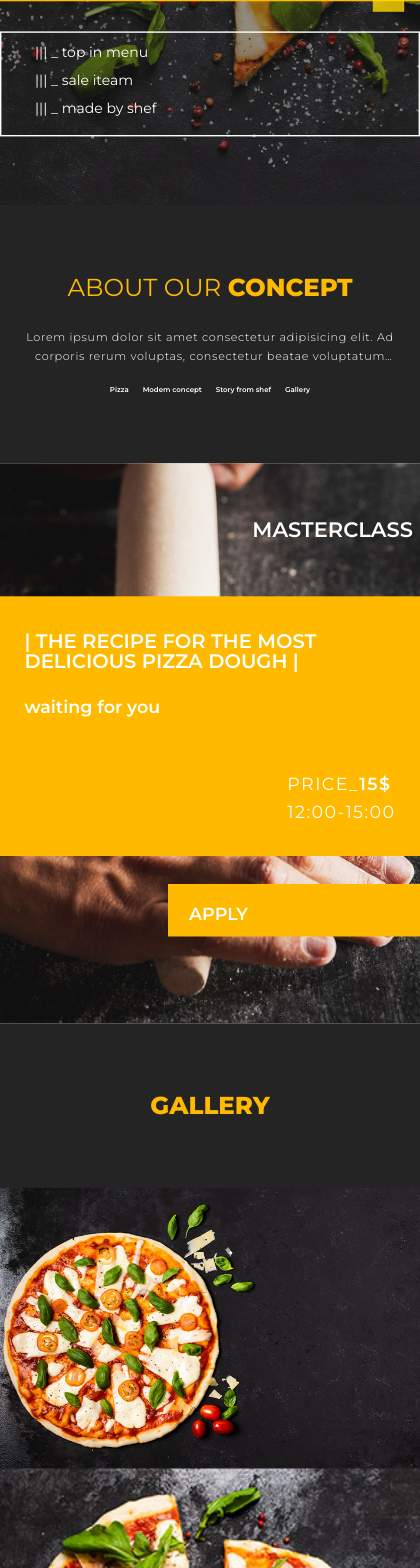
Repository: phu1204/pizzeria.github.io
Page: index.html
These files come from the project's save history. The page is drawn as it stood at one moment and after a run of saves; the edit follows.
The browser window is 600 px wide. The pictures show the part of the page from y = 2107 to 4347 px (the page is 6828 px tall), at 70% of full size.
The style sheet was rebuilt from its Sass, Less or Tailwind sources for each picture, by a compiler version that may differ from the author's.

Above is the page before, as saved 2021-07-30 10:12:26.

### index.html
<!DOCTYPE html>
<html lang="en">
  <head>
    <meta charset="UTF-8" />
    <meta http-equiv="X-UA-Compatible" content="IE=edge" />
    <meta name="viewport" content="width=device-width, initial-scale=1.0" />
    <title>#pizzeria</title>
    <link rel = "icon" href =
    "images/pizza.png"
            type = "image/x-icon">
    <link rel="preconnect" href="https://fonts.googleapis.com">
    <link rel="preconnect" href="https://fonts.gstatic.com" crossorigin>
    <link href="https://fonts.googleapis.com/css2?family=Montserrat:wght@300;400;600;800&display=swap" rel="stylesheet">
    <link rel="stylesheet" href="https://cdnjs.cloudflare.com/ajax/libs/font-awesome/5.15.3/css/all.min.css">
    <link rel="stylesheet" href="reset.css">
    <link rel="stylesheet" href="style.css">

  </head>
  <body>
      <div class="wrapper">
        <div class="container">
          <header id="header" class="header">
             <a href="#" class="header-logo">#pizzeria.</a>
             <nav class="header-menu">
               <ul class="header-list">
                 <li class="header-item"><a href="#menu" class="header-link">Menu</a></li>
                 <li class="header-item"><a href="#blog" class="header-link">Blog</a></li>
                 <li class="header-item"><a href="#about" class="header-link">About us</a></li>
                 <li class="header-item"><a href="#contact" class="header-link">Contacts</a></li>

               </ul>
               <i class="fas fa-times header-times"></i>
             </nav>
             <div class="header-info">
                <button href="" class="header-icon icon-search"><i class="fas fa-search"></i></button>
                <a href="" class="header-icon"><i class="fas fa-user"></i></a>
                <a href="" class="header-icon"><i class="fas fa-shopping-cart"></i></a>
             </div>
             <div class="header-bar">
                <i class="fas fa-bars"></i>
             </div>

             <div class="header-search">
                <input type="text" class="header-input" placeholder="Search">
             </div>
          </header>

          <section class="intro">
            <div class="intro-content">
              <div class="intro-title">
                <span class="intro-name intro--grand">grand</span>
                <span class="intro-name intro--opening">opening</span>
              </div>
              <a href="" class="button intro-button">read more</a>
            </div>
          </section>
        </div>

          <section  class="format">

            <div class="format-top">
                <div class="format-content">
                    <div class="format-title">new format</div>
                    <div class="format-info">
                      <h2 class="format-new">What new?</h2>
                      <ul class="format-list">
                        <li class="format-item">| Sed do eiusmod tempor incididunt ut Labore et</li>
                        <li class="format-item">| Dolore magna aliqua</li>
                        <li class="format-item">| Quis ipsum suspendisse ultrices gravida</li>
                      </ul>
                    </div>
                </div>
                <img src="images/format.png" alt="" class="format-img">
            </div>

            <div class="format-bottom  reveal">
              <div class="format-column">
                <h3 class="format-head">| new format</h3>
                <p class="fotmat-desc text">Lorem ipsum, dolor sit amet consectetur adipisicing elit. Inventore aliquid saepe atque quaerat ipsam tempore, quae perferendis laudantium esse architecto quas sint quia beatae id alias, sed dicta reprehenderit asperiores.</p>
              </div>
              <div class="format-column">
                <h3 class="format-head">|| master classes</h3>
                <p class="fotmat-desc text">Lorem ipsum, dolor sit amet consectetur adipisicing elit. Inventore aliquid saepe atque quaerat ipsam tempore, quae perferendis laudantium esse architecto quas sint quia beatae id alias, sed dicta reprehenderit asperiores.</p>
              </div>
              <div class="format-column">
                <h3 class="format-head">||| pizza restaurant</h3>
                <p class="fotmat-desc text">Lorem ipsum, dolor sit amet consectetur adipisicing elit. Inventore aliquid saepe atque quaerat ipsam tempore, quae perferendis laudantium esse architecto quas sint quia beatae id alias, sed dicta reprehenderit asperiores.</p>
              </div>
            </div>

          </section>

          <section id="menu" class="menu">
            <div class="menu-heading">
              <h2 class="menu-title  reveal">#pizzeria</h2>
              <p class="menu-order  reveal">our new menu</p>
            </div>
            <div class="menu-list  reveal">
              <div class="menu-item">
                <div class="menu-name">
                    <h3 class="menu-name-order"> | pizza bò & gà</h3>
                    <p class="menu-desc">(bò, trứng, xúc xích, trứng cút, bò viên)</p>
                </div>
                <p class="menu-price">10$</p>
              </div>
              <div class="menu-item">
                <div class="menu-name">
                    <h3 class="menu-name-order">| pizza heo sữa</h3>
                    <p class="menu-desc">(bò, trứng, xúc xích)</p>
                </div>
                <p class="menu-price">10$</p>
              </div>
              <div class="menu-item">
                <div class="menu-name">
                    <h3 class="menu-name-order">| pizza gà sốt cay</h3>
                    <p class="menu-desc">(bò, trứng, xúc xích, trứng cút, bò viên)</p>
                </div>
                <p class="menu-price">10$</p>
              </div>
              <div class="menu-item">
               <div class="menu-name">
                    <h3 class="menu-name-order">| pizza bò né</h3>
                    <p class="menu-desc">(bò, trứng, xúc xích)</p>
                </div>
                <p class="menu-price">10$</p>
              </div>
           </div>
           <div class="menu-bottom reveal">
             <p class="menu-hightlight">||| _ top in menu</p>
             <p class="menu-hightlight">||| _ sale iteam</p>
             <p class="menu-hightlight">||| _ made by shef</p>
           </div>

          </section>

          <section id="about"  class="about">
              <div class="about-body">
                <h2 class="about-title reveal">about our <span>concept</span></h2>
                <p class="about-desc text reveal">Lorem ipsum dolor sit amet consectetur adipisicing elit. Ad corporis rerum voluptas, consectetur beatae voluptatum recusandae tempora excepturi, temporibus quo veritatis ratione atque accusantium ea delectus eos harum culpa enim!</p>
                <ul class="about-list reveal">
                  <li class="about-item"><a href="">Pizza</a></li>
                  <li class="about-item"><a href="">Modem concept</a></li>
                  <li class="about-item"><a href="">Story from shef</a></li>
                  <li class="about-item"><a href="">Gallery</a></li>
                </ul>
              </div>
          </section>

          <section id="blog" class="class">
            <div class="class-content">
              <div class="class-name">
                <h1 class="class-caption reveal">masterclass</h1>
              </div>
              <div class="class-body reveal">
                <h2 class="class-heading">| the recipe for the most delicious pizza dough |</h2>
                <p class="class-desc">waiting for you</p>
                <div class="class-price">
                  <p class="class-info">price_<span>15$</span></p>
                  <p class="class-info">12:00-15:00</p>
                </div>
              </div>
                <a href="" class="class-button reveal">apply</a>
            </div>
          </section>

          <section id="contact" class="gallery ">
            <h2 class="gallery-heading reveal">gallery</h2>
            <div class="gallery-img ">
              <img src="./images/pizzaleft.jpg" alt="" class="gallery-img-item reveal">
              <img src="./images/pizzacenter.jpg" alt="" class="gallery-img-item reveal">
              <img src="./images/pizzaright.jpg" alt="" class="gallery-img-item reveal">
            </div>

            <div class="gallery-bottom">
              <h2 class="gallery-title">#pizzeria.</h2>
              <div class="gallery-content">
                <div class="gallery-desc reveal">Lorem ipsum dolor sit amet consectetur, adipisicing. Dolores dolorum, quia consectetur iste officia eligendi! consectetur nemo, reiciendis repudiandae nesciunt dolor id numquam laborum temporibus fuga</div>

              <div class="gallery-contact">
                <div class="gallery-social reveal">
                  <p class="gallery-block">| find us here</p>
                  <div class="gallery-link">
                    <i class="fab fa-instagram"></i>

                    <i class="fab fa-facebook"></i>

                    <i class="fab fa-twitter"></i>

                    <i class="fab fa-whatsapp"></i>

                    <i class="fab fa-google"></i>
                  </div>

                </div>

                <div class="gallery-info reveal">
                  <p class="gallery-block">| ask us here</p>
                  <a href="" class="gallery-web">www.#pizzeria.com</a>

                </div>
              </div>
            </div>
          </div>
          </section>

          <a href="#" class="ontop" >
            <i class="fas fa-arrow-up"></i>
          </a>

          <footer id="footer" class="footer">
            <div class="footer-about footer-repon">
              <h3 class="footer-title">about</h3>
              <p class="footer-desc text">
                Lorem ipsum dolor, sit amet consectetur adipisicing elit. Amet magnam laudantium fuga sed aliquid doloremque quos repellendus quis. Est non laboriosam incidunt recusandae, sed natus dignissimos eaque pariatur culpa esse.
              </p>

            </div>

              <div class="footer-item footer-repon">
                <h3 class="footer-title">menu</h3>

                <ul>
                  <li class="footer-link"><a href="" class="footer-item-link">Team</a></li>
                  <li class="footer-link"><a href="" class="footer-item-link">Join us</a></li>
                  <li class="footer-link"><a href="" class="footer-item-link">Ethic</a></li>
                  <li class="footer-link"><a href="" class="footer-item-link">Goals</a></li>
                </ul>
              </div>

              <div class="footer-item footer-repon">
                <h3 class="footer-title">shef</h3>
                <ul>
                  <li class="footer-link"><a href="" class="footer-item-link">Team</a></li>
                  <li class="footer-link"><a href="" class="footer-item-link">Join us</a></li>
                  <li class="footer-link"><a href="" class="footer-item-link">Ethic</a></li>
                  <li class="footer-link"><a href="" class="footer-item-link">Goals</a></li>
                </ul>
              </div>

              <div class="footer-item footer-repon">
                <h3 class="footer-title">contact</h3>
                <ul>
                  <li class="footer-link"><a href="" class="footer-item-link">Team</a></li>
                  <li class="footer-link"><a href="" class="footer-item-link">Join us</a></li>
                  <li class="footer-link"><a href="" class="footer-item-link">Ethic</a></li>
                  <li class="footer-link"><a href="" class="footer-item-link">Goals</a></li>
                </ul>
              </div>
        </footer>

      </div>
    <script type="text/javascript" src="https://cdnjs.cloudflare.com/ajax/libs/jquery/3.6.0/jquery.min.js"></script>
    <script src="js/main.js"></script>
    <script src="js/search.js"></script>

  </body>
</html>

### reset.css
html,
body,
div,
span,
applet,
object,
iframe,
h1,
h2,
h3,
h4,
h5,
h6,
p,
blockquote,
pre,
a,
abbr,
acronym,
address,
big,
cite,
code,
del,
dfn,
em,
img,
ins,
kbd,
q,
s,
samp,
small,
strike,
strong,
sub,
sup,
tt,
var,
b,
u,
i,
center,
dl,
dt,
dd,
ol,
ul,
li,
fieldset,
form,
label,
legend,
table,
caption,
tbody,
tfoot,
thead,
tr,
th,
td,
article,
aside,
canvas,
details,
embed,
figure,
figcaption,
footer,
header,
hgroup,
menu,
nav,
output,
ruby,
section,
summary,
time,
mark,
audio,
video {
  margin: 0;
  padding: 0;
  border: 0;
  font-size: 100%;
  font: inherit;
  vertical-align: baseline;
}
/* HTML5 display-role reset for older browsers */
article,
aside,
details,
figcaption,
figure,
footer,
header,
hgroup,
menu,
nav,
section {
  display: block;
}
body {
  line-height: 1;
}
ol,
ul {
  list-style: none;
}
blockquote,
q {
  quotes: none;
}
blockquote:before,
blockquote:after,
q:before,
q:after {
  content: "";
  content: none;
}
table {
  border-collapse: collapse;
  border-spacing: 0;
}
*,
*:before,
*:after {
  box-sizing: border-box;
}
/* using rem unit */
html {
  font-size: 62.5%;
}
a {
  text-decoration: none;
  color: white;
}
img {
  display: block;
  max-width: 100%;
}
body {
  font-family: "Montserrat", sans-serif;
  font-size: 16px;
  line-height: 1;
}
input,
button,
textarea,
select {
  outline: none;
  font-family: "Montserrat", sans-serif;
  font-size: 16px;
  line-height: 1;
}
input {
  line-height: normal;
}
button {
  cursor: pointer;
  border: none;
  outline: none;
  background-color: transparent;
}

### style.scss
@import"scss/global";
@import"scss/header";
@import"scss/variables";
@import"scss/intro";
@import"scss/format";
@import"scss/menu";
@import"scss/about";
@import"scss/class";
@import"scss/gallery";
@import"scss/footer";
@import"scss/animation";

### scss/_global.scss
.container{
  background: url(./images/hero-img.jpg) no-repeat center/cover;
  width: 100%;
  margin: 0 auto;
  height: 100vh;
  position: relative;
}

html{
  scroll-behavior: smooth;
  -webkit-overflow-scrolling: touch;
}

.wrapper{
  max-width: 100%;
  position: relative;

}

.button{
  padding: 20px 40px;
  border: 4px solid #fff;
  font-size: 30px;
  text-transform: uppercase;
  color: white;
  font-weight: 600;
}

.text{
  font-weight: 300;
  font-size: 16px;
  margin-top: 35px;
  line-height: 1.5;
  color: black;
  font-weight: 400;
  display:-webkit-box;
  -webkit-line-clamp:3;
  -webkit-box-orient: vertical;
  overflow: hidden;
  text-overflow: ellipsis;
  word-break: break-word;
}

@media screen and (max-width: 1279px) {
  .container {

      background-position: top;
      height: 960px;
  }
}

@media screen and (max-width: 1023px) {
  .container {
    background-position: top;
    height: 960px;
}
}

@media screen and (max-width: 767px) {
  .container {
    background-size: auto 800px;
    background-position: center;
    height: 800px;
    background-color: #242424;
}
}


.reveal{
  opacity: 0;
  transform: translateY(100%);
  transition: all 0.4s linear;
}

.reveal.active{
  opacity: 1;
  transform: translateY(0);
  transition: all 0.3s linear;
  // .gallery-title::before{
  //     display: none;
  // }
}

.ontop{
  position: fixed;
  right: 60px;
  z-index: 99;
  bottom: 80px;
  width: fit-content;
  background-color: #ffba00;
  border-radius: 100rem;
  cursor: pointer;
  i{
     padding: 18px;
     font-size: 15px;
     color: white;
  }
  display: none;
  animation: bottotop 0.4s linear;
}

@media screen and (max-width: 1023px) {
  .ontop{
    right: 30px;
  }
}

### scss/_variables.scss
$black-gray: #242424;

### scss/_intro.scss
.intro{
    background-color: #ffba00;
    height: 200px;
    position: absolute;
    top: 50%;
    left: 50%;
    transform: translate(-50%,-50%);
    width: 100%;
    display: flex;
    align-items: center;
    padding: 0 10px;
    &-content{
        width: 1200px;
        margin: 0 auto;
        display: flex;
        justify-content: space-between;
        align-items: center;
        padding-top: 75px;
    }
    &--grand{
        animation: lefttoright 0.5s linear;
    }
    &--opening{
        animation: righttoleft 0.5s linear;
    }
    &-name{
        display: block;
        text-transform: uppercase;
        font-size: 130px;
        color: white;
        letter-spacing: 10px;
    }
    &-name:first-child{
        font-weight: 800;
    }
    &-name:last-child{
        font-weight: 200;
    }

    &-button{
        margin-top: 130px;
        background-color: #ffba00;
        animation: bottotop 0.5s linear;
    }

    @media screen and (max-width: 1279px) {
        height: 150px;
        &-content{
            flex-direction: column;
            transform: translateY(130px)
        }
        &-name {
            font-size: 90px;
            width: fit-content;
        }

        &-title {
            width: 100%;
        }

        &-name:last-child{
            margin-left: auto;
        }

        &-button{
            margin-top: 200px;

        }
    }

    @media screen and (max-width: 1023px) {
        height: 120px;
       &-name{
           font-size: 60px;
       }

       &-button{
           margin-top: 170px;
           padding: 15px 30px;
           font-size: 23px;
       }

       &-content{
            transform: translateY(105px)
       }
    }

    @media screen and (max-width: 767px) {
        height: 100px;
       &-name{
           font-size: 50px;
           letter-spacing: 3px;
       }

       &-content{
        transform: translateY(100px)
       }

       &-button{
           padding: 15px 30px;
           font-size: 23px;
           margin-top: 170px;
       }
    }


}

### scss/_about.scss
.about{
    padding: 120px 20px;
    display: flex;
    flex-direction: column;
    justify-content: center;
    align-items: center;
    text-align: center;
    background-color: #242424;
    max-width: 100%;
    &-body{
        width: 700px;
    }
    &-title{
        margin-bottom: 40px;
        font-size: 35px;
        text-transform: uppercase;
        color: #ffba00;
        span{
            font-weight: 800;

        }
    }

    &-desc{
        margin-bottom: 30px;
        font-weight: 200;
        line-height: 1.7;
        display:-webkit-box;
        -webkit-line-clamp:2;
        -webkit-box-orient: vertical;
        overflow: hidden;
        text-overflow: ellipsis;
        word-break: break-word;
        color: white;
        letter-spacing: 1px;
    }

    &-list{
        display: flex;
        align-items: center;
        justify-content: center;
    }

    &-item{
        margin: 0 10px;
        font-size: 14px;
        font-weight: 600;
    }
    @media screen and (max-width: 767px) {
        padding: 100px 20px;
        &-body{
            max-width: 100%;
        }
        &-item{
            font-size: 10px;
        }

    }

}

### scss/_class.scss
.class{
    background: url(./images/class.jpg) no-repeat center/cover;
    width: 100%;
    margin: 0 auto;
    height: 100vh;
    position: relative;
    padding: 80px 130px 140px 0;
    color: white;
    &-content{
        display:flex;
        flex-direction:column;
        width: 530px;
        margin-left: auto;
    }
    &-name{
        margin-bottom: 80px;
    }
    &-caption{
        text-transform: uppercase;
        font-weight: 600;
        font-size: 30px;
        text-align: right;
    }
    &-body{
        padding: 100px 60px 65px;
        background-color: #ffba00;
    }
    &-heading{
        font-size: 40px;
        font-weight: 600;
        line-height: 1;
        text-transform: uppercase;
        margin-bottom: 40px;
    }

    &-desc{
        font-size: 30px;
        font-weight: 600;
        margin-bottom: 85px;
    }

    &-price{
        width: fit-content;
        text-transform: uppercase;
        font-size: 30px;
        margin-left: auto;
        letter-spacing: 2px;
        span{
            font-weight: 600;
        }
    }
    &-info:first-child{
        margin-bottom: 15px;
    }

    &-body{
        margin-bottom: 40px;
    }

    &-button{
        padding: 50px 30px 20px;
        background-color: #ffba00;
        width: 85%;
        margin-left: auto;
        font-size: 32px;
        text-transform: uppercase;
        font-weight: 600;
    }

    @media screen and (max-width: 1279px) {
        height: 75vh;
    }

    @media screen and (max-width: 767px) {
        padding-right: 0;
        height: 100vh;
        &-content{
            width: 100%;
        }
        &-name{
            padding-right: 10px;
        }
        &-heading{
            font-size: 28px;
        }
        &-body{
            padding: 50px 35px;
        }
        &-button{
            width: 60%;
            padding-top: 30px;
            font-size: 25px;
        }
        &-desc{
            font-size: 25px;
        }
        &-price{
            font-size: 25px;
        }
    }

}

### scss/_gallery.scss
.gallery{
    background-color: #242424;
    max-width: 100%;
    min-height: 1200px;
    padding: 100px 0;
    position: relative;
    &-img{
        width: 100%;
        // height: auto;
        display: flex;
        justify-content: space-around;

        max-width: 100%;
    }
    &-img-item{
        z-index: 2;
    }

    &-heading{
        font-size: 35px;
        text-transform: uppercase;
        color: #ffba00;
        font-weight: 800;
        margin-bottom: 100px;
        text-align: center;
    }

    &-bottom{
        padding-top: 100px;
        color: white;
        display:flex;
        align-items:center;
        flex-direction:column;
        max-width: 530px;
        margin: 0 auto;
        z-index: 2;
    }

    &-title{
        font-size: 35px;
        font-weight: 600;
        margin-bottom: 60px;

    }
    // &-title::before{
    //     content: "";
    //     position: absolute;
    //     width: 250px;
    //     height: 100%;
    //     background-color: #ffba24;
    //     top: 0;
    //     left: 0;
    //     transform: translateX(450px);
    //     z-index: 0;
    // }

    &-content{
        display: flex;
        justify-content: space-between;
        width: 800px;
    }

    &-desc{
        max-width: 280px;
        line-height: 1.7;
        width: fit-content;
        z-index: 1;
    }

    &-contact{
       display:flex;
       justify-content: space-between;
       flex-direction:column;
       padding: 5px;
    }

    &-block{
        font-size: 17px;
        letter-spacing: 1px;
        margin-bottom: 15px;
    }

     &-link{
        display: flex;
        align-items: center;
        i{
            font-size: 30px;
            width: fit-content;
            padding: 10px 10px;
            border-radius: 100rem;
            background-color: white;
            color: black;
            cursor: pointer;
        }

        i:not(:first-child){
           margin-left: 15px;
        }
     }

     &-web{
         font-size: 30px;
         color: #ffba24;
         font-weight: 600;
     }

     @media screen and (max-width: 1279px) {
        ::before{
            width: 200px;
            transform: translateX(170px);
        }
        &-img{

        }
        &-img-item:first-child{
            display: none;
        }
     }
     @media screen and (max-width: 767px) {
        &-img{
            display: block;
            width: 100%;
        }
        &-img-item:first-child{
            display: block;
        }
        &-img-item{
            width: 100%;
            background-size: cover;
            height: 60%;
        }
        &-bottom{
            max-width: 100%;
        }
        &-title::before{
           display: none;
        }
        &-content{
            max-width: 100%;
            flex-direction: column;
            align-items: center;

        }
        &-desc{
            text-align: justify;
            max-width: 300px;

        }
        &-info{
            margin-top: 20px;
        }
        &-social{
            margin-top: 20px;
        }
        &-link i{
            padding: 8px;
            font-size: 25px;
        }
        &-contact{
            margin-top: 20px;
        }
     }


}

### scss/_footer.scss
.footer {
  padding: 70px 100px;
  color: white;
  display: flex;
  align-items: center;
  justify-content: center;
  background-color: #483500;
  max-width: 100%;
  flex-wrap: wrap;

  &-about{
      width: 280px;
        flex-basis: 30%;
  }

  &-item:not(:last-child){
      margin-right: 150px;
  }
  &-item{
      line-height: 1.5;
  }

  &-desc{
      color: white;
      line-height: 1.5;

  }

  &-title{
      margin-bottom: 35px;
      font-size: 17px;
      font-weight: 600;
      text-transform: uppercase;
  }
  @media screen and (max-width: 767px) {
      padding: 0 0 0 10px;
    //   gap: 10px;
    &-title {
        margin-bottom: 10px;
    }
    &-repon{
        flex: 1 1 50%;
        width: 100%;
        padding: 10px;
    }
    &-about{
        margin-right: 0;
    }
    &-item:not(:last-child){
        margin-right: 0;
    }
  }

}

### scss/_animation.scss
@keyframes lefttoright{
    from{
        opacity: 0;
        transform: translateX(-100%);
    }
    to{
        opacity: 1;
        transform: translateX(0);
     }
}

@keyframes righttoleft{
    from{
        opacity: 0;
        transform: translateX(100%);
    }
    to{
        opacity: 1;
        transform: translateX(0);
     }
}

@keyframes bottotop{
    from{
        opacity: 0;
        transform: translateY(100%);
    }
    to{
        opacity: 1;
        transform: translateX(0);
     }
}

@keyframes toptobot{
    from{
        opacity: 0;
        transform: translateY(-200%);
    }
    to{
        opacity: 1;
        transform: translateX(0);
     }
}

@keyframes fadeOut{
    from{
        opacity: 0;
        transform: scale(1);
    }
    to{
        opacity: 1;
        transform: scale(0);
     }
}

Loaded but not shown: js/main.js (59 lines, source omitted); js/search.js (6 lines, source omitted); scss/_header.scss (236 lines, source omitted); scss/_format.scss (210 lines, source omitted); scss/_menu.scss (225 lines, source omitted)

After the next 6 saves:
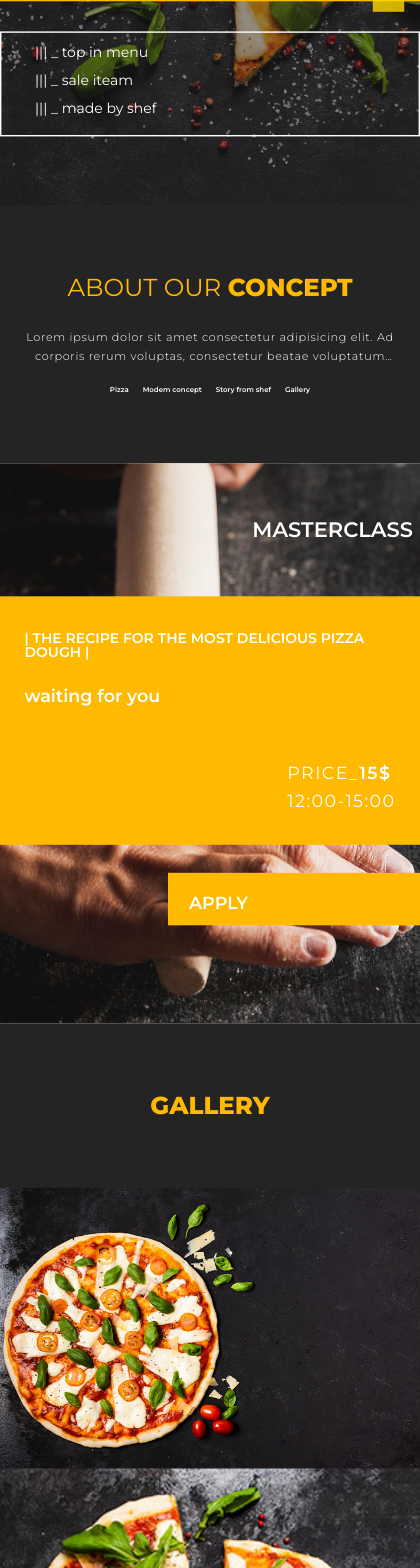
The 6 saves are shown as one change because 4 did not build or start and some came seconds apart.
The last was saved 41 min 54 s later.
--- a/scss/_class.scss
+++ b/scss/_class.scss
@@ -81,7 +81,7 @@
             padding-right: 10px;
         }
         &-heading{
-            font-size: 28px;
+            font-size: 20px;
         }
         &-body{
             padding: 50px 35px;
--- a/scss/_footer.scss
+++ b/scss/_footer.scss
@@ -23,7 +23,7 @@
   &-desc{
       color: white;
       line-height: 1.5;
-
+      width: 70%;
   }
 
   &-title{
